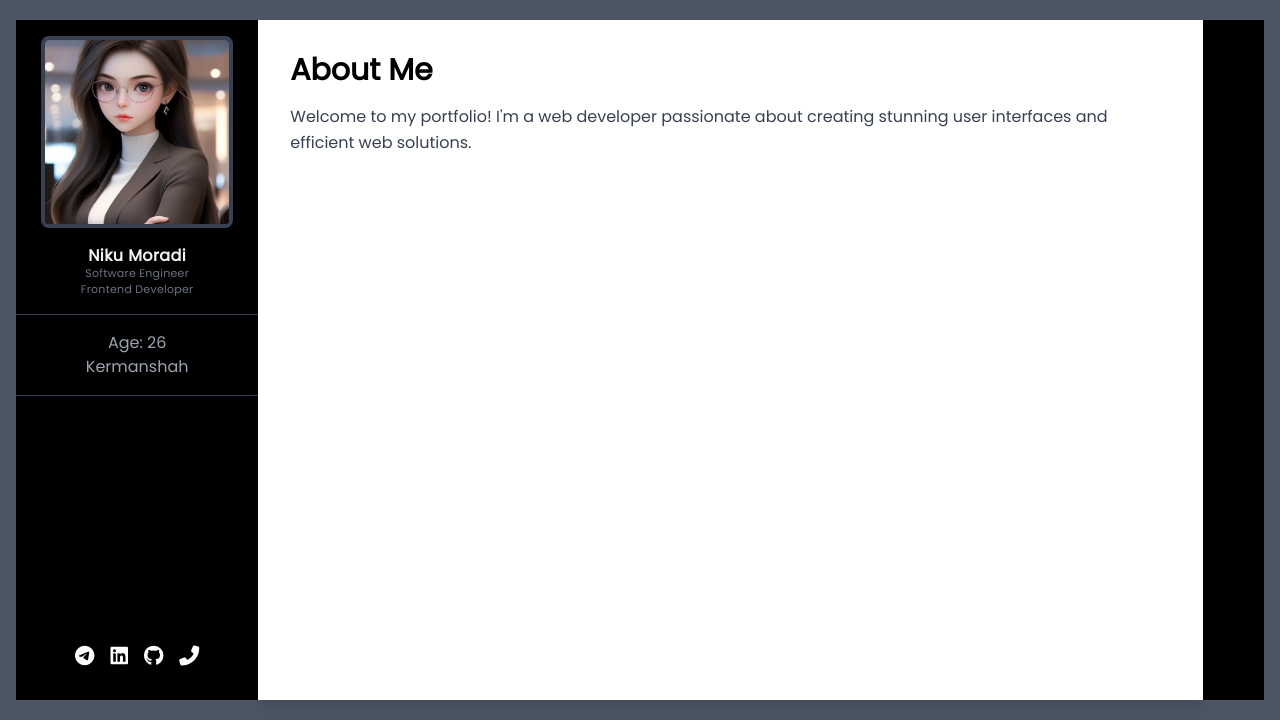
Repository: NikuMoradi/niku-moradi
Page: /
An editor plug-in stored every save of this project. The page is shown before and after a run of saves, followed by the edit.
The browser window is 1280 px wide. The pictures show the whole page.
The project was rebuilt for these pictures with package versions that can differ from the ones it lists, and the page was loaded fresh each time. The framework's server and built-in components were replaced by stand-ins that run in the browser. Also part of the build but not shown: nuxt.config.ts, components/Blog Posts/Component-Design.vue, components/Blog.vue, components/Contact.vue, components/Education.vue, components/Experience.vue, components/Hero.vue, components/Menu.vue and 3 more.

Above is the page before, as saved 2024-11-29 10:23:36.

### assets/css/main.css
@tailwind base;
@tailwind components;
@tailwind utilities;

body {
  /* From https://css.glass */
  background: #ffffff;
  font-family: "Poppins", sans-serif;
}

@layer utilities {
}

### components/LeftPanel.vue
<template>
  <div
    class="bg-black text-white w-80 flex flex-col"
    style="height: calc(100vh - 40px)"
  >
    <!-- Header-->
    <div
      class="p-4 flex flex-col items-center justify-center border-b border-gray-700"
    >
      <img
        src="../assets/img/photo_2024-11-28_10-37-05.jpg"
        alt="Profile Picture"
        class="w-48 h-48 mb-5 rounded-lg border-4 border-gray-700 object-cover object-center"
      />
      <h2
        class="text-gray-100 text-[16px] font-semibold tracking-wide leading-[16.8px]"
      >
        Niku Moradi
      </h2>
      <p
        class="text-gray-500 text-[11px] font-light tracking-wide leading-[16.5px]"
      >
        Software Engineer
      </p>
      <p
        class="text-gray-500 text-[11px] font-light tracking-wide leading-[16.5px]"
      >
        Frontend Developer
      </p>
    </div>

    <!-- Biography -->
    <div class="p-4 text-center border-b border-gray-700">
      <p class="text-md text-gray-400">Age: 26</p>
      <p class="text-md text-gray-400">Kermanshah</p>
    </div>

    <!-- Social Links -->
    <div class="py-8 text-center mt-auto text-white">
      <div class="space-x-4">
        <a
          href="https://t.me/yourusername"
          target="_blank"
          class="text-white hover:text-blue-400"
        >
          <i class="fab fa-telegram fa-lg"></i>
        </a>
        <a
          href="https://linkedin.com/in/yourusername"
          target="_blank"
          class="text-white hover:text-blue-600"
        >
          <i class="fab fa-linkedin fa-lg"></i>
        </a>
        <a
          href="https://github.com/yourusername"
          target="_blank"
          class="text-white hover:text-gray-700"
        >
          <i class="fab fa-github fa-lg"></i>
        </a>
        <a href="tel:+1234567890" class="text-white hover:text-green-400">
          <i class="fas fa-phone-alt fa-lg"></i>
        </a>
      </div>
    </div>
  </div>
</template>

### components/RightPanel.vue
<template>
  <div class="bg-black w-20" style="height: calc(100vh - 40px)"></div>
</template>

### layouts/default.vue
<template>
  <div class="flex justify-center items-center min-h-screen bg-gray-600 px-4">
    <LeftPanel />

    <!-- Fixed Width Centered Card -->
    <div
      class="bg-white shadow-lg w-full max-w-5xl overflow-hidden"
      style="height: calc(100vh - 40px)"
    >
      <!-- Scrollable Content -->
      <div class="overflow-y-auto h-full scrollbar-hide">
        <NuxtPage />
      </div>
    </div>
    <!-- Right Panel -->
    <RightPanel />
  </div>
</template>

<style>
/* Add any custom global styles here */
body {
  background: linear-gradient(to bottom, #f0f0f0, #d0d0d0);
}
</style>

### app.vue
<!-- The app.vue is just holding the layout container and serving as the root.
 The default.vue layout handles the overall structure of the page.
All content from your pages will automatically be placed inside the NuxtPage slot of the layout.-->
<template>
  <NuxtLayout />
</template>

### pages/index.vue
<template>
  <div class="p-8">
    <h1 class="text-3xl font-bold mb-4">About Me</h1>
    <p class="text-gray-700 leading-relaxed">
      Welcome to my portfolio! I'm a web developer passionate about creating
      stunning user interfaces and efficient web solutions.
    </p>
  </div>
</template>

### tailwind.config.js
/** @type {import('tailwindcss').Config} */
export default {
  content: [
    "./components/**/*.{js,vue,ts}",
    "./layouts/**/*.vue",
    "./pages/**/*.vue",
    "./plugins/**/*.{js,ts}",
    "./app.vue",
    "./error.vue",
  ],
  theme: {
    extend: {},
  },
  plugins: [require("tailwind-scrollbar-hide")],
};

Loaded but not shown: plugins/aos.client.js (no copy from this time; the picture is the same without it)

After the next 4 saves:
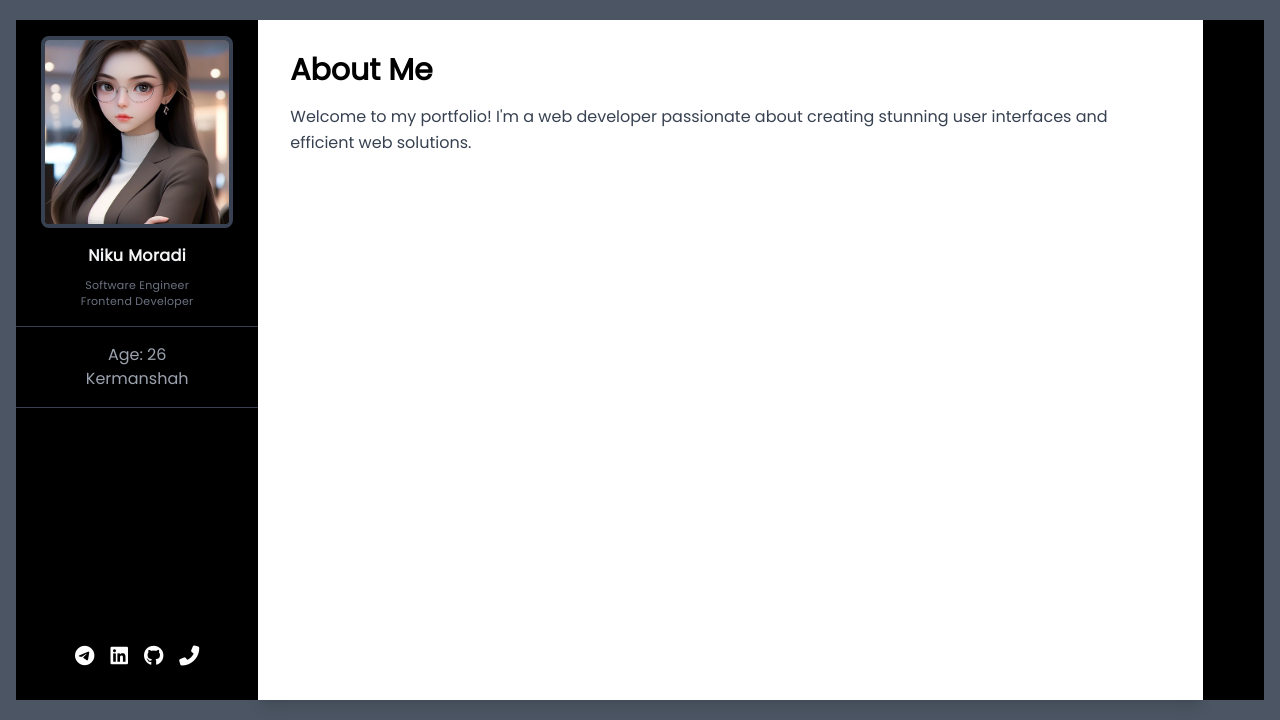
The 4 saves are shown as one change because they came seconds apart.
The last was saved 76 s later.
--- a/components/LeftPanel.vue
+++ b/components/LeftPanel.vue
@@ -13,7 +13,7 @@
         class="w-48 h-48 mb-5 rounded-lg border-4 border-gray-700 object-cover object-center"
       />
       <h2
-        class="text-gray-100 text-[16px] font-semibold tracking-wide leading-[16.8px]"
+        class="text-gray-100 text-[16px] font-semibold tracking-wide leading-[16.8px] mb-3"
       >
         Niku Moradi
       </h2>
